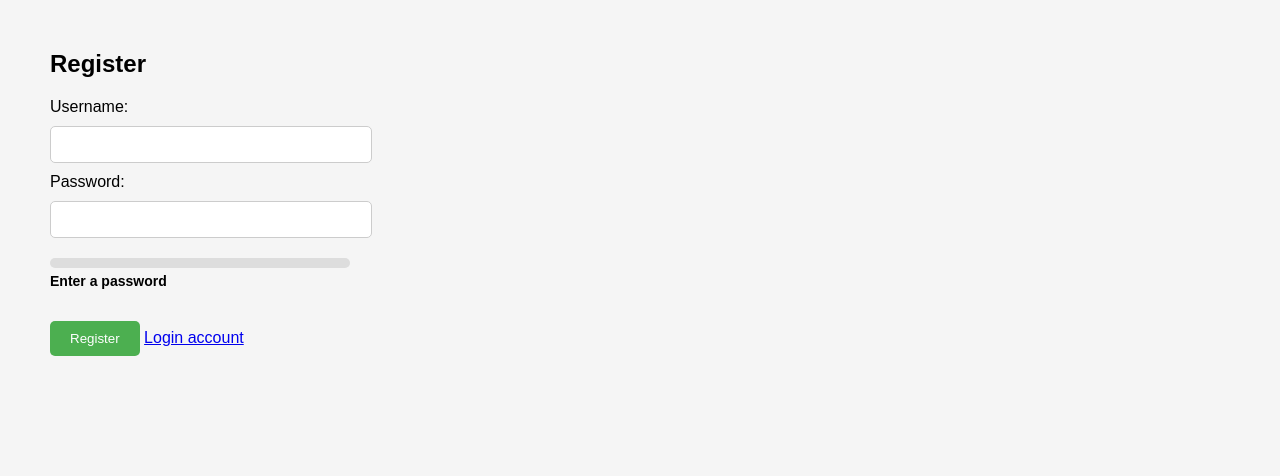
Repository: wolvicjohn/argon2
Page: http://localhost/register.php
The author's editor kept a copy of each file at every save. The page is drawn from the files as they stood at one save, then again after the next save.
The browser window is 1280 px wide. The pictures show the whole page.
The page is run by PHP 8.4 with error messages shown; the project is at /var/www/html/.

Above is the page before, as saved 2024-10-18 01:42:40.

After the next save:
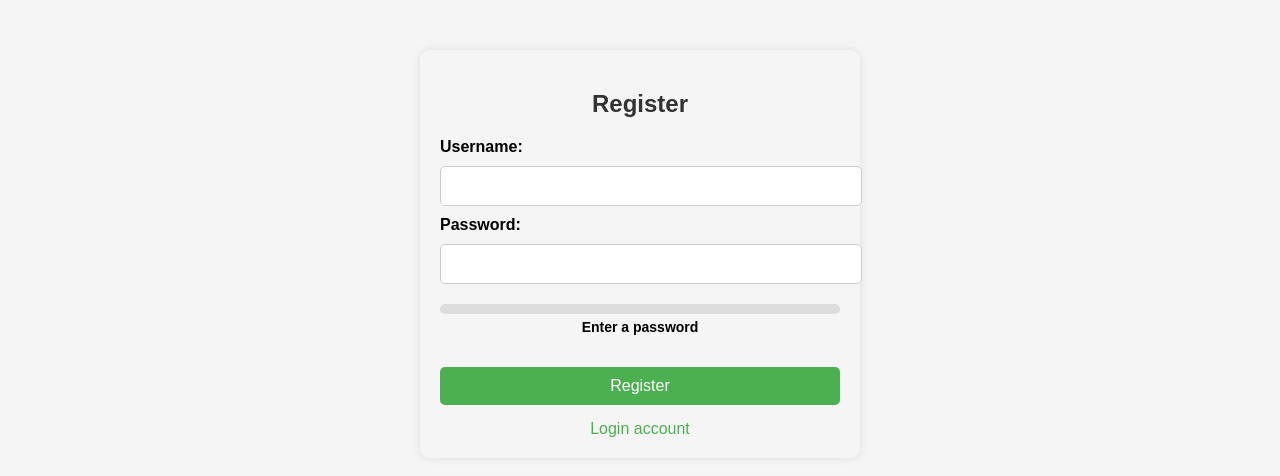
Saved 47 s later.
--- a/styles.css
+++ b/styles.css
@@ -1,15 +1,30 @@
 body {
     font-family: Arial, sans-serif;
-    margin: 50px;
+    margin: 50px auto;
+    padding: 20px;
+    max-width: 400px;
     background-color: #f5f5f5;
+    border-radius: 10px;
+    box-shadow: 0 0 10px rgba(0, 0, 0, 0.1);
+}
+
+h2 {
+    text-align: center;
+    color: #333;
+}
+
+label {
+    font-weight: bold;
+    margin-top: 10px;
 }
 
 input {
     margin: 10px 0;
     padding: 10px;
-    width: 300px;
+    width: 100%;
     border: 1px solid #ccc;
     border-radius: 5px;
+    font-size: 16px;
 }
 
 button {
@@ -19,12 +34,19 @@ button {
     color: white;
     border: none;
     border-radius: 5px;
+    font-size: 16px;
+    width: 100%;
+    transition: background-color 0.3s;
+}
+
+button:hover {
+    background-color: #45a049;
 }
 
 .password-strength {
     margin-top: 10px;
     height: 10px;
-    width: 300px;
+    width: 100%;
     background-color: #ddd;
     border-radius: 5px;
     overflow: hidden;
@@ -52,4 +74,17 @@ button {
     margin-top: 5px;
     font-size: 14px;
     font-weight: bold;
+    text-align: center;
 }
+
+a {
+    display: block;
+    margin-top: 15px;
+    text-align: center;
+    text-decoration: none;
+    color: #4CAF50;
+}
+
+a:hover {
+    text-decoration: underline;
+}
